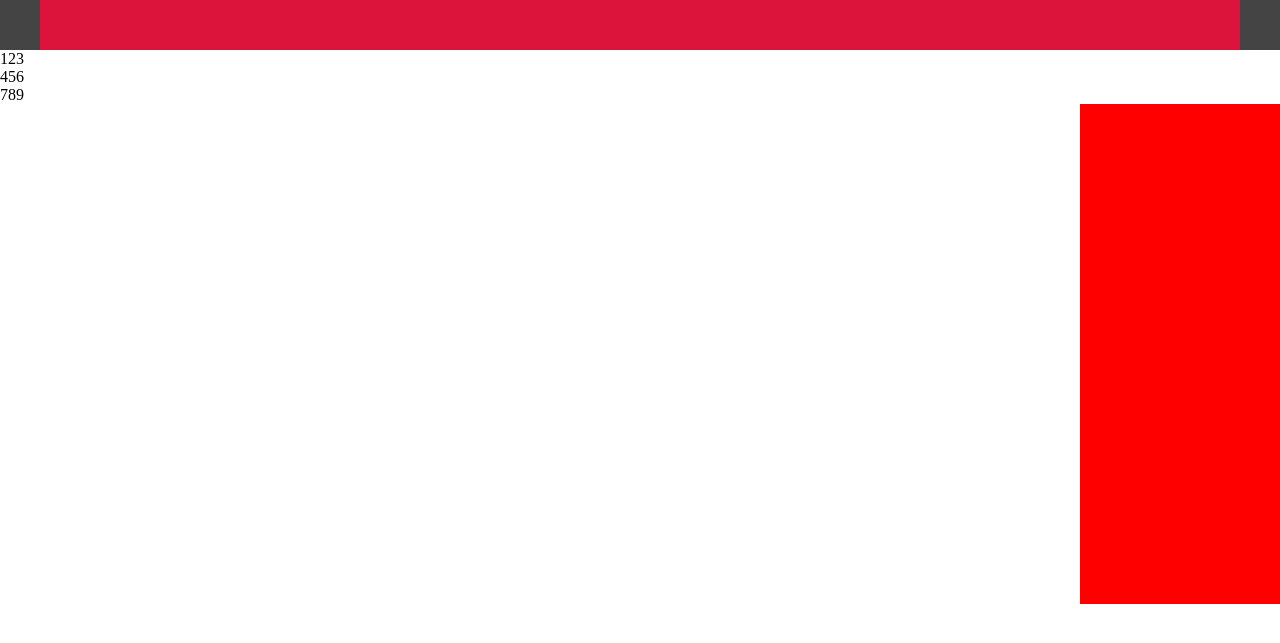
Repository: jinggegeZ/cnode
Page: /
These files come from the project's save history. The page is drawn as it stood at one moment and after the next save; the edit follows.
The browser window is 1280 px wide. The pictures show the whole page.
The project was rebuilt for these pictures with package versions that can differ from the ones it lists, and the page was loaded fresh each time.

Above is the page before, as saved 2020-06-04 18:58:53.

### src/App.vue
<template>
  <div id="app">
    <router-view/>
  </div>
</template>

<style lang="scss">
   * {
  margin: 0;
  padding: 0;
 }
</style>

### src/router/index.js
import Vue from 'vue'
import VueRouter from 'vue-router'
import Home from '../views/Home.vue'
import layout from '../views/layout1/layout'

Vue.use(VueRouter)

  const routes = [
    {
      path:'/home',
      redirect:'/'
    },
  {
    path:'/',
    name:'layout',
    component: layout,
    children: [
      {
        path: '',
        name: 'Home',
        component: Home
      },
    ]
  },

  {
    path: '/about',
    name: 'About',
    component: () => import('../views/About.vue')
  },
  {
    path: '/parents',
    name: 'parents',
    component: () => import('../views/parents/parents.vue'),

  },
]

const router = new VueRouter({
  mode: 'history',
  base: process.env.BASE_URL,
  routes
})

export default router

### src/views/Home.vue
<template>
 <div>
  <div>123</div>
  <div>456</div>
  <div>789</div>
 </div>
</template>

<script>

 export default {
   data () {
     return {

     }
   },
   components: {

   },
   methods: {

   },
   mounted() {

   },
   watch: {

   },
   computed: {

   }
 }
</script>

<style scoped>

</style>

### src/views/layout1/layout.vue
<template>
 <div>
    <div class="container">

            <div class="t-head">
            <top></top>
            </div>

        <div class="content">
            <div>
                <router-view></router-view>
            </div>
            <div class="right">
                <right></right>
            </div>

        </div>
    </div>
 </div>
</template>

<script>
    import top from '../../components/top/top'
    import right from '../../components/right/right'

 export default {
     name:'layout',
   data () {
     return {

     }
   },
   components: {
       top,
       right,
   },
   methods: {

   },
   mounted() {

   },
   watch: {

   },
   computed: {

   }
 }
</script>

<style scoped>
    .container {
        width: 100%;
    }


</style>

### src/components/top/top.vue
<template>
 <div>
    <div class="top">
    <div class="box"></div>
    </div>
 </div>
</template>

<script>
 export default {
   data () {
     return {

     }
   },
   components: {

   },
   methods: {

   },
   mounted() {

   },
   watch: {

   },
   computed: {

   }
 }
</script>

<style scoped >
    .top {
        width: 100%;
        height: 50px;
        background:rgb(68,68,68);


    }
    .box {
        max-width: 1200px;
        height: 50px;
        margin: 0 auto;
        background: crimson;
    }
</style>

### src/components/right/right.vue
<template>
 <div>
    <div class="right"></div>
 </div>
</template>

<script>
 export default {
   data () {
     return {

     }
   },
   components: {

   },
   methods: {

   },
   mounted() {

   },
   watch: {

   },
   computed: {

   }
 }
</script>

<style scoped>
    .right {
        width: 200px;
        height: 500px;
        background: red;
        position: absolute;
        right: 0;
    }
</style>

Loaded but not shown: public/index.html (common file); src/main.js (common file); src/store/index.js (common file)

After the next save:
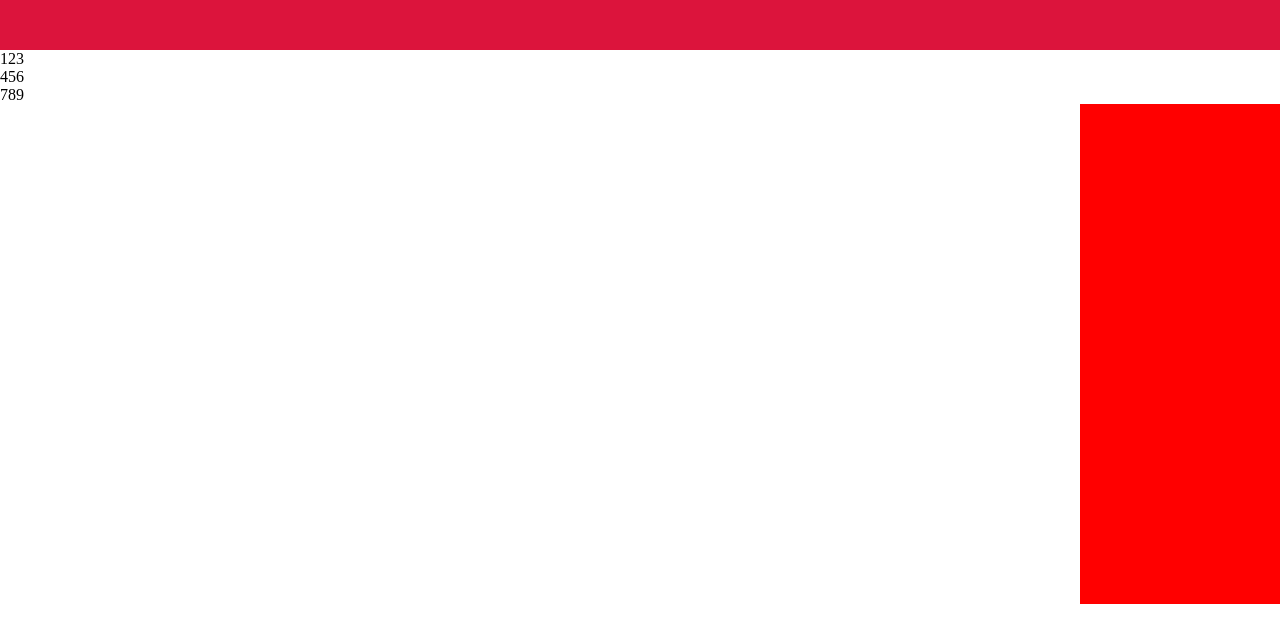
Saved 2 min 8 s later.
--- a/src/components/top/top.vue
+++ b/src/components/top/top.vue
@@ -40,7 +40,7 @@
 
     }
     .box {
-        max-width: 1200px;
+        max-width: 1400px;
         height: 50px;
         margin: 0 auto;
         background: crimson;
